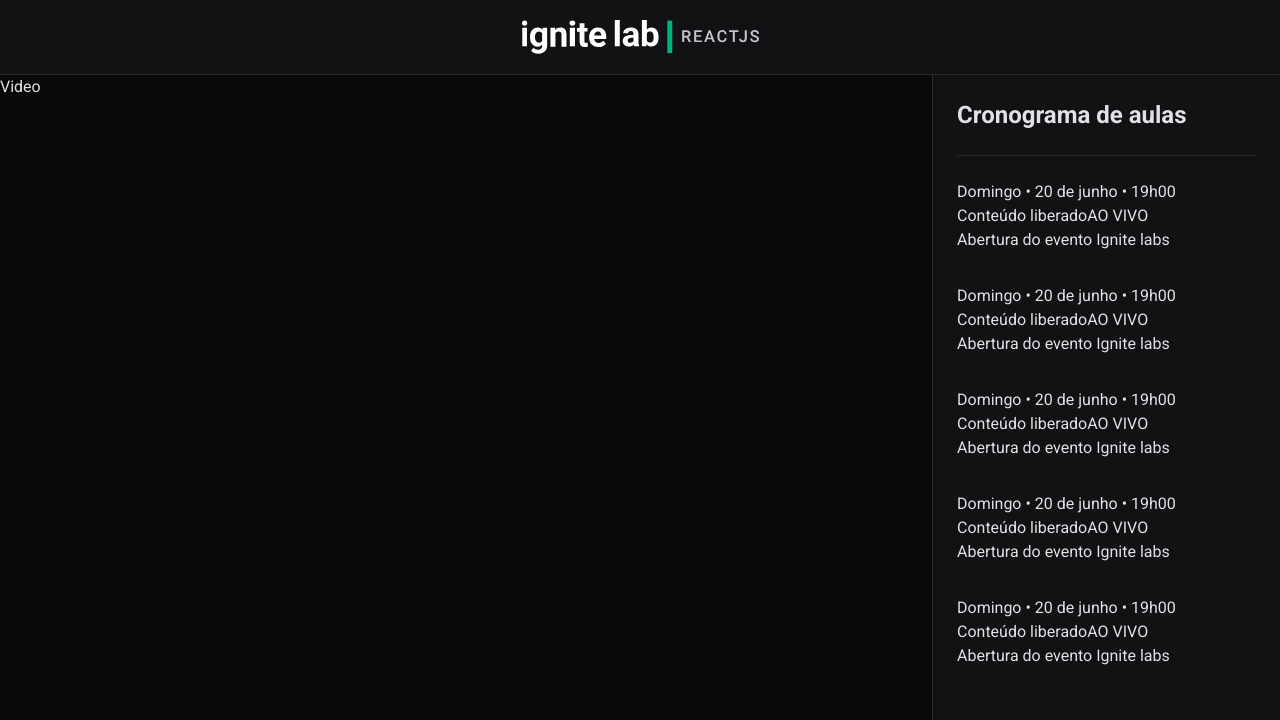
Repository: XFERRER7/Ignite-lab
Page: /
These files come from the project's save history. The page is drawn as it stood at one moment and after a run of saves; the edit follows.
The browser window is 1280 px wide. The pictures show the whole page.
The project was rebuilt for these pictures with package versions that can differ from the ones it lists, and the page was loaded fresh each time. Also part of the build but not shown: vite.config.ts.

Above is the page before, as saved 2022-06-23 07:18:15.

### index.html
<!DOCTYPE html>
<html>
  <head>
    <meta charset="UTF-8" />
    <link rel="icon" type="image/svg+xml" href="/src/favicon.svg" />
    <meta name="viewport" content="width=device-width, initial-scale=1.0" />
    <title>Event Platform</title>
    <link rel="preconnect" href="https://fonts.googleapis.com">
<link rel="preconnect" href="https://fonts.gstatic.com" crossorigin>
<link href="https://fonts.googleapis.com/css2?family=Roboto:wght@400;500;700&display=swap" rel="stylesheet">
  </head>
  <body>
    <div id="root"></div>
    <script type="module" src="/src/main.tsx"></script>
  </body>
</html>

### src/main.tsx
import { ApolloProvider } from '@apollo/client'
import React from 'react'
import ReactDOM from 'react-dom/client'
import App from './App'
import { client } from './lib/apollo'
import './styles/Global.css'

ReactDOM.createRoot(document.getElementById('root')!).render(
  <React.StrictMode>
    <ApolloProvider client={client}>
    <App />
    </ApolloProvider>
  </React.StrictMode>
)

### src/App.tsx
import { Header } from "./components/Header"
import { Lesson } from "./components/Lesson"
import { SideBar } from "./components/SideBar"
import { Video } from "./components/Video"
import { Event } from "./pages/Event"

function App() {

  return (
    <div>
      <Event/>
    </div>
  )
}

export default App

### src/lib/apollo.ts
import { ApolloClient, InMemoryCache } from "@apollo/client";

export const client = new ApolloClient({
  uri: 'https://api-sa-east-1.graphcms.com/v2/cl4oe0npq21lo01xi4o5e7kb5/master',
  cache: new InMemoryCache()
})

### src/styles/Global.css
@tailwind base;
@tailwind components;
@tailwind utilities;

body {
  @apply text-gray-100 bg-gray-900;
  -webkit-font-smoothing: antialiased;
}

### src/pages/Event.tsx
import React from 'react'
import { Header } from '../components/Header'
import { SideBar } from '../components/SideBar'
import { Video } from '../components/Video'

export const Event = () => {
  return (
    <>
    <div className='flex flex-col min-h-screen'>
      <Header/>
      <main className='flex flex-1'>
      <Video/>
      <SideBar/>
      </main>
    </div>

    </>
  )
}

### src/components/Header.tsx
import React from 'react'
import { Logo } from './Logo'

export const Header = () => {
  return (
    <header className='w-full py-5 flex items-center justify-center bg-gray-700 border-b border-gray-600'>
      <Logo/>
    </header>
  )
}

### src/components/SideBar.tsx
import React from 'react'
import { Lesson } from './Lesson'

export const SideBar = () => {
  return (
    <aside className='w-[348px] bg-gray-700 p-6 border-l border-gray-600'>
      <span className='font-bold text-2xl pb-6 mb-6 border-b border-gray-600 block'>Cronograma de aulas</span>

      <div className='flex flex-col gap-8'>
        <Lesson/>
        <Lesson/>
        <Lesson/>
        <Lesson/>
        <Lesson/>
      </div>
    </aside>
  )
}

### src/components/Video.tsx
import React from 'react'

export const Video = () => {
  return (
    <div className='flex-1'>Video</div>
  )
}

### src/components/Logo.tsx
import React from "react";

export function Logo() {
  return (
    <svg
      xmlns="http://www.w3.org/2000/svg"
      width="237"
      height="34"
      fill="none"
      viewBox="0 0 237 34"
    >
      <path
        fill="#fff"
        d="M.002 3.112a2.49 2.49 0 01.165-.987c.12-.314.304-.595.535-.83A2.906 2.906 0 012.615.572c.698 0 1.374.257 1.912.723.23.24.412.524.536.837a2.701 2.701 0 010 1.979 2.568 2.568 0 01-.536.837 2.889 2.889 0 01-1.907.723 2.901 2.901 0 01-1.908-.723 2.458 2.458 0 01-.538-.84 2.645 2.645 0 01-.172-.996zm4.96 23.146H.273V7.862h4.689v18.397zM8.012 16.973c0-2.853.686-5.145 2.055-6.883a6.653 6.653 0 015.528-2.606 5.869 5.869 0 014.802 2.09l.2-1.751h4.538v17.95a7.891 7.891 0 01-1.12 4.246 7.243 7.243 0 01-3.147 2.752 11.155 11.155 0 01-4.742.94c-1.378 0-2.74-.279-4.008-.812a7.08 7.08 0 01-2.946-2.11l2.208-3.02a5.905 5.905 0 004.543 2.08 4.356 4.356 0 003.104-1.059 3.938 3.938 0 001.103-2.993v-.994a5.775 5.775 0 01-4.555 1.935 6.647 6.647 0 01-3.05-.652 6.615 6.615 0 01-2.408-1.967c-1.397-1.752-2.085-4.089-2.085-6.942v-.21h-.025l.005.006zm4.997.355a6.723 6.723 0 001.026 3.956 3.233 3.233 0 002.799 1.443c.651.045 1.3-.088 1.878-.39a3.52 3.52 0 001.396-1.305v-7.825a3.448 3.448 0 00-1.374-1.305 3.504 3.504 0 00-1.86-.39 3.28 3.28 0 00-1.61.365 3.22 3.22 0 00-1.219 1.103c-.688.975-1.036 2.418-1.036 4.348zM33.098 7.833l.158 2.196a6.527 6.527 0 012.371-1.927 6.38 6.38 0 012.971-.62c1.97 0 3.438.597 4.39 1.79.953 1.194 1.456 2.936 1.486 5.293v12.249h-4.962V14.683a3.367 3.367 0 00-.684-2.344 3.086 3.086 0 00-1.069-.598 3.008 3.008 0 00-1.211-.13 3.349 3.349 0 00-1.821.454c-.553.32-1.01.794-1.313 1.367v13.37H28.45V7.845l4.647-.012zM47.512 3.112a2.304 2.304 0 01.185-.988 2.42 2.42 0 01.59-.831A3.439 3.439 0 0150.404.57c.772 0 1.52.256 2.117.723.508.486.792 1.142.792 1.826 0 .683-.284 1.34-.792 1.826a3.417 3.417 0 01-2.11.723c-.77 0-1.517-.257-2.11-.723a2.47 2.47 0 01-.594-.839 2.342 2.342 0 01-.19-.994h-.005zm5.483 23.149h-5.18V7.86h5.18v18.4zM62.454 3.334v4.612h3.107v3.677h-3.107v9.382c-.05.53.091 1.063.395 1.495a1.824 1.824 0 001.473.45c.476.002.95-.035 1.421-.114v3.803a9.672 9.672 0 01-2.939.449c-3.398 0-5.128-1.775-5.19-5.32V11.644h-2.642V7.968h2.643V3.356h4.841v-.025l-.002.003zM76.487 27.08a9.277 9.277 0 01-6.759-2.55c-1.74-1.699-2.605-3.957-2.605-6.797v-.494a11.295 11.295 0 011.098-5.08 8.141 8.141 0 013.111-3.465 8.72 8.72 0 014.59-1.22c2.577 0 4.62.815 6.098 2.449 1.478 1.633 2.226 3.94 2.226 6.929v2.055h-12.01a4.665 4.665 0 001.473 2.971 4.487 4.487 0 003.111 1.111 5.426 5.426 0 004.548-2.115l2.476 2.781a7.506 7.506 0 01-3.07 2.507 9.81 9.81 0 01-4.287.916v.002zm-.594-15.514a3.127 3.127 0 00-2.428 1.012 5.405 5.405 0 00-1.188 2.912h7.006v-.405a3.749 3.749 0 00-.908-2.608 3.252 3.252 0 00-2.45-.908h-.03l-.002-.003zM97.771 26.259h-4.957V0h4.957V26.26zM112.209 26.259c-.227-.444-.392-.997-.496-1.659-1.196 1.333-2.751 2.002-4.666 2.002-1.811 0-3.314-.523-4.504-1.572-1.191-1.049-1.786-2.372-1.786-3.966 0-1.96.725-3.464 2.179-4.513 1.453-1.049 3.553-1.58 6.3-1.59h2.273v-1.06c0-.854-.22-1.54-.659-2.051-.44-.513-1.131-.77-2.078-.77-.832 0-1.486.2-1.957.6-.474.4-.708.945-.708 1.64h-4.941c0-1.07.331-2.062.992-2.973.662-.91 1.597-1.626 2.804-2.144 1.206-.518 2.564-.778 4.069-.778 2.28 0 4.089.573 5.429 1.718 1.34 1.145 2.009 2.756 2.009 4.83v8.017c.012 1.754.256 3.082.735 3.983v.29h-4.992l-.003-.004zm-4.086-3.435c.728 0 1.402-.163 2.016-.486.614-.326 1.071-.76 1.367-1.308v-3.181h-1.846c-2.472 0-3.79.854-3.948 2.564l-.017.291c0 .614.217 1.123.649 1.523.434.4 1.026.6 1.779.6v-.003zM136.58 17.183c0 2.963-.632 5.273-1.898 6.931-1.265 1.659-3.032 2.488-5.3 2.488-2.006 0-3.608-.77-4.805-2.308l-.222 1.967h-4.444V.001h4.94v9.418c1.14-1.332 2.638-2 4.496-2 2.256 0 4.025.828 5.308 2.487 1.283 1.658 1.923 3.992 1.923 7v.274l.002.003zm-4.94-.358c0-1.868-.296-3.233-.889-4.094-.592-.861-1.475-1.29-2.65-1.29-1.572 0-2.655.643-3.247 1.932v7.299c.604 1.298 1.697 1.95 3.282 1.95 1.584 0 2.643-.788 3.146-2.36.239-.752.358-1.897.358-3.437z"
      ></path>
      <path
        fill="#C4C4CC"
        d="M164.51 17.501h-2.283v4.53h-2.048v-11.78h4.143c1.36 0 2.408.306 3.149.915.74.61 1.108 1.493 1.108 2.648 0 .787-.19 1.449-.57 1.98-.38.532-.911.94-1.59 1.226l2.646 4.906v.106h-2.194l-2.364-4.531h.003zm-2.283-1.65h2.105c.691 0 1.229-.176 1.619-.524.39-.348.582-.824.582-1.429 0-.604-.18-1.12-.538-1.466-.358-.345-.893-.523-1.606-.533h-2.162V15.85zM179.066 16.773h-4.839v3.625h5.656v1.634h-7.704V10.25h7.648v1.65h-5.6v3.253h4.839v1.62zM189.803 19.29h-4.565l-.955 2.744h-2.127l4.452-11.783h1.836l4.459 11.783h-2.137l-.963-2.744zm-3.99-1.65h3.415l-1.707-4.89-1.708 4.89zM204.716 18.197c-.119 1.256-.583 2.238-1.392 2.941-.81.703-1.885 1.056-3.228 1.056-.938 0-1.764-.222-2.48-.668-.715-.445-1.266-1.079-1.656-1.898-.387-.82-.589-1.772-.607-2.858v-1.1c0-1.11.198-2.09.59-2.937.392-.846.96-1.5 1.695-1.96.736-.458 1.587-.688 2.554-.688 1.301 0 2.347.353 3.139 1.057.792.703 1.254 1.7 1.385 2.99h-2.039c-.096-.846-.343-1.458-.74-1.833-.397-.375-.977-.563-1.745-.563-.89 0-1.574.326-2.05.977-.479.652-.721 1.605-.733 2.863v1.044c0 1.273.227 2.245.683 2.917.457.668 1.123 1.004 2.004 1.004.805 0 1.409-.18 1.814-.543.405-.363.661-.962.77-1.804h2.038l-.002.003zM216.481 11.902h-3.674v10.132h-2.031V11.902h-3.642V10.25h9.347v1.65zM222.759 10.251h2.039v8.262c0 1.127-.353 2.023-1.057 2.687-.703.664-1.633.995-2.788.995-1.229 0-2.179-.311-2.848-.93-.669-.62-1.004-1.484-1.004-2.59h2.038c0 .627.156 1.096.467 1.412.31.316.76.474 1.347.474.55 0 .989-.183 1.315-.545.326-.366.489-.867.489-1.51V10.25h.002zM234.952 18.999c0-.518-.183-.918-.545-1.197-.363-.279-1.022-.563-1.972-.849-.95-.286-1.705-.604-2.265-.955-1.074-.674-1.612-1.555-1.612-2.638 0-.95.388-1.732 1.163-2.347.774-.614 1.779-.922 3.015-.922.819 0 1.55.15 2.194.454a3.597 3.597 0 011.513 1.29c.367.558.55 1.177.55 1.858h-2.038c0-.614-.193-1.095-.578-1.443-.385-.348-.938-.524-1.656-.524-.668 0-1.189.144-1.557.43-.37.286-.555.686-.555 1.197 0 .432.2.792.6 1.08.399.29 1.056.57 1.974.842.918.271 1.653.582 2.208.93.556.348.963.748 1.222 1.197.259.452.387.977.387 1.582 0 .982-.375 1.762-1.127 2.342-.753.58-1.775.87-3.063.87a5.755 5.755 0 01-2.352-.473c-.715-.316-1.27-.75-1.668-1.308-.397-.555-.594-1.204-.594-1.942h2.048c0 .669.222 1.187.664 1.555.441.367 1.075.55 1.902.55.713 0 1.246-.143 1.607-.432.357-.288.538-.671.538-1.145l-.003-.002z"
      ></path>
      <path fill="#00B37E" d="M150.271 33.146h-4.958V.57h4.958v32.576z"></path>
    </svg>
  );
}

### src/components/Lesson.tsx
import React from 'react'

export const Lesson = () => {
  return (
    <a href='#' className='flex flex-col'>

      <span>
        Domingo • 20 de junho • 19h00
      </span>

      <div>
        <header>
          <span>
            Conteúdo liberado
          </span>

          <span>
            AO VIVO
          </span>

        </header>

        <span>
          Abertura do evento Ignite labs
        </span>

      </div>
    </a>
  )
}

### tailwind.config.js
/** @type {import('tailwindcss').Config} */
module.exports = {
  content: [
    './src/**/*.tsx'
  ],
  theme: {
    extend: {
      fontFamily: {
        sans: 'Roboto, sans-serif'
      },
      colors: {
        green: {
          300: '#00B37E',
          500: '#00875F',
          700: '#015F43',
        },
        blue: {
          500: '#81D8F7',
        },
        orange: {
          500: '#FBA94C',
        },
        red: {
          500: '#F75A68',
        },
        gray: {
          100: '#E1E1E6',
          200: '#C4C4CC',
          300: '#8D8D99',
          500: '#323238',
          600: '#29292E',
          700: '#121214',
          900: '#09090A'
        }
      }
    },
  },
  plugins: [],
}

After the next 2 saves:
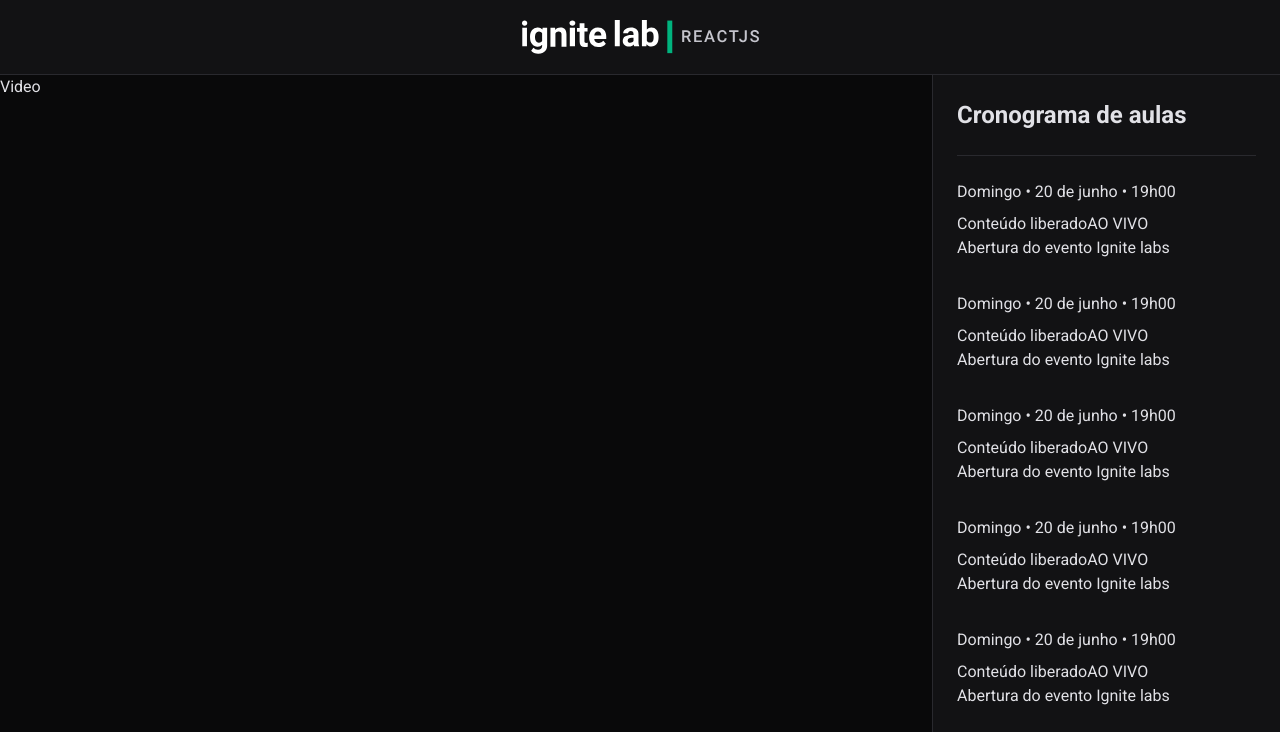
The 2 saves are shown as one change because they came seconds apart.
The last was saved 24 s later.
--- a/src/components/Lesson.tsx
+++ b/src/components/Lesson.tsx
@@ -2,7 +2,7 @@
 
 export const Lesson = () => {
   return (
-    <a href='#' className='flex flex-col'>
+    <a href='#' className='flex flex-col gap-2'>
 
       <span>
         Domingo • 20 de junho • 19h00
